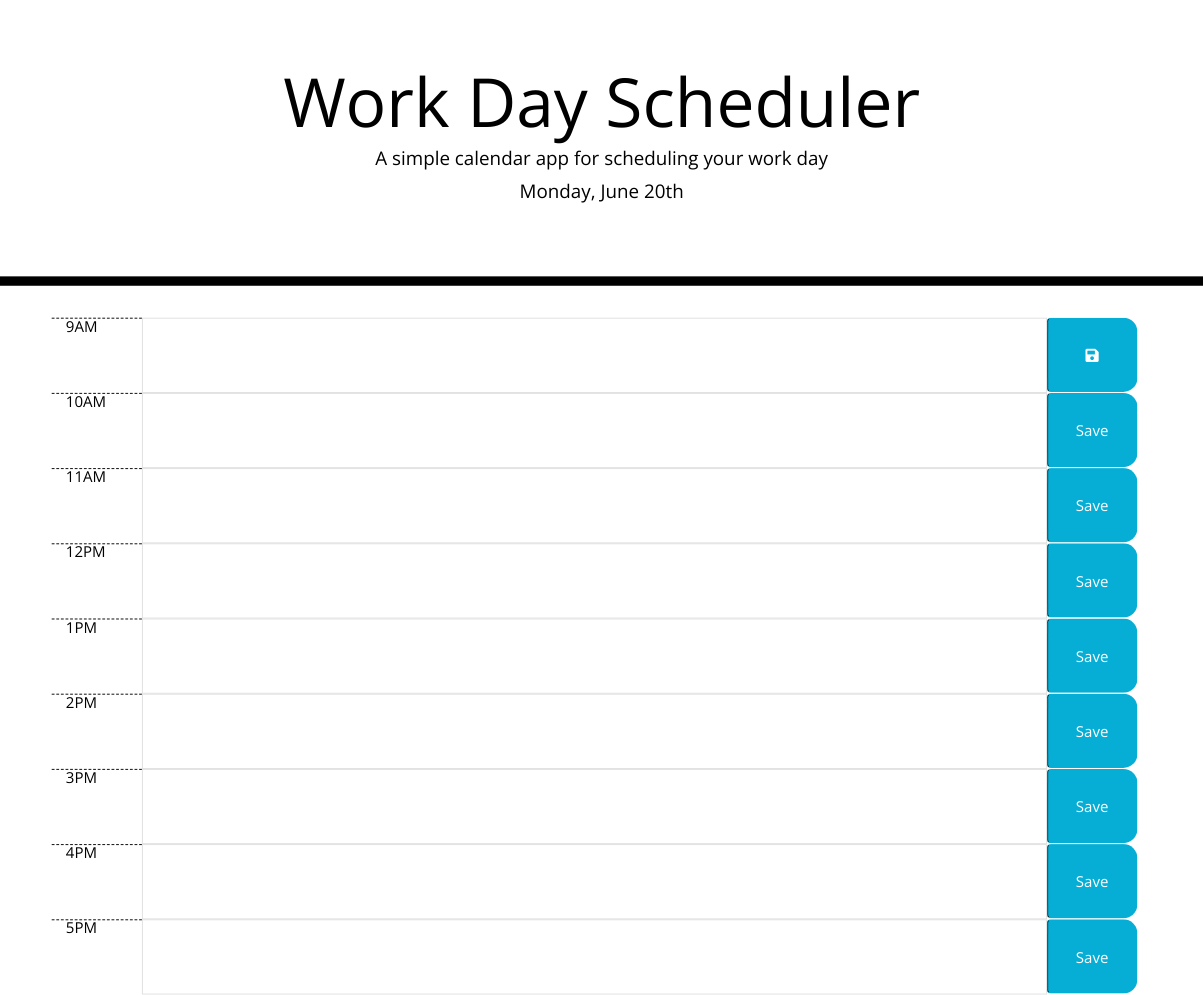
Repository: dtierney21/work-day-scheduler
Page: index.html
An editor plug-in stored every save of this project. The page is shown before and after the next save, followed by the edit.
The browser window is 1280 px wide. The pictures show the whole page, at 94% of full size.
Some web libraries are served in a nearby version.

Above is the page before, as saved 2022-06-28 14:50:14.

After the next save:
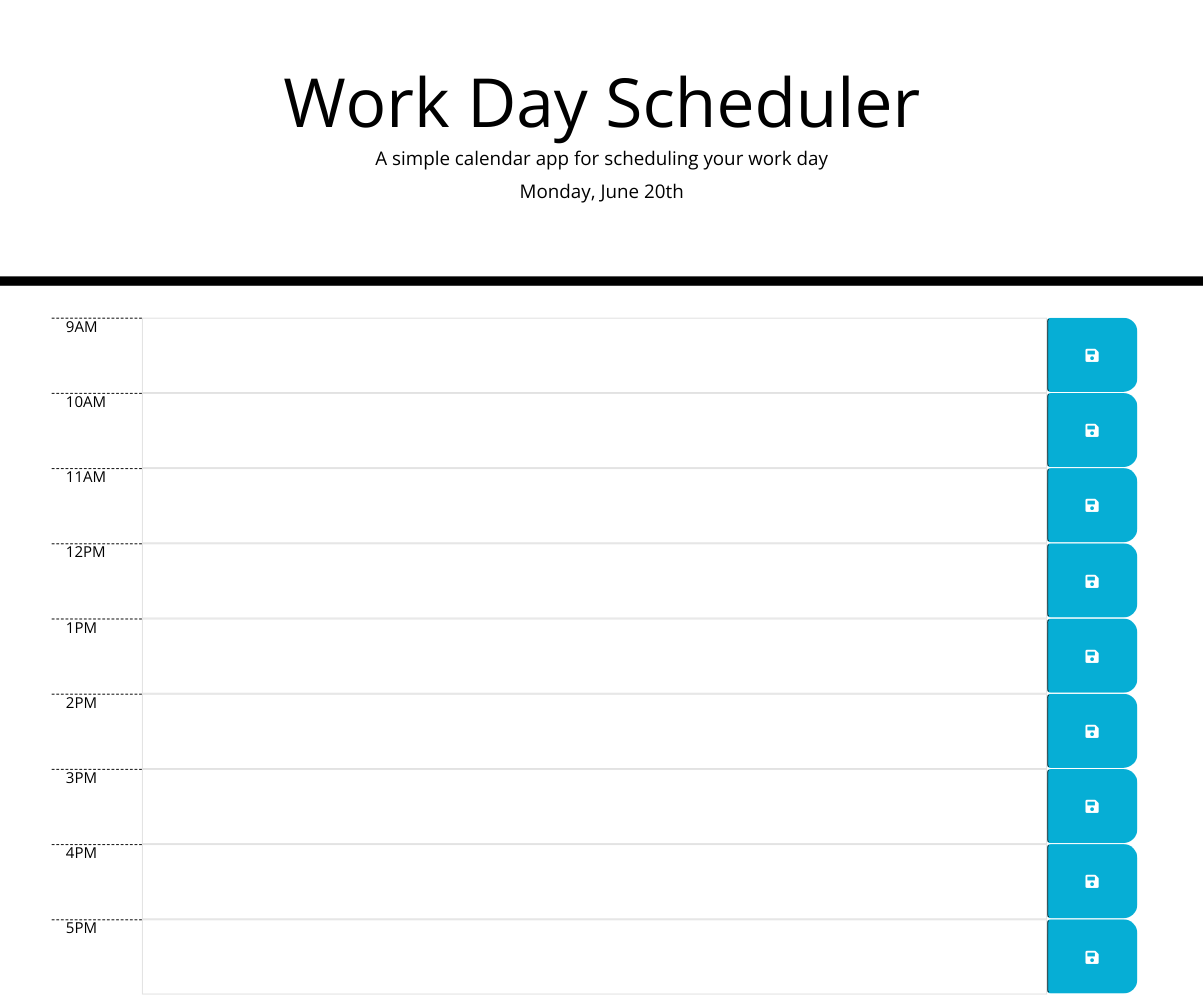
Saved 44 s later.
--- a/index.html
+++ b/index.html
@@ -40,42 +40,42 @@
                 <div class="row" id="10">
                     <li class="hour col-1">10AM</li>
                     <li class="list-group-item col-10" id="10"></li>
-                    <button class="btn saveBtn col-1" type="submit">Save</button>
+                    <button class="btn saveBtn col-1" type="submit"><i class="fa fa-save"></i></button>
                 </div>
                 <div class="row" id="11">
                     <li class="hour col-1">11AM</li>
                     <li class="list-group-item col-10" id="11"></li>
-                    <button class="btn saveBtn col-1" type="submit">Save</button>
+                    <button class="btn saveBtn col-1" type="submit"><i class="fa fa-save"></i></button>
                 </div>
                 <div class="row" id="12">
                     <li class="hour col-1">12PM</li>
                     <li class="list-group-item col-10" id="12"></li>
-                    <button class="btn saveBtn col-1" type="submit">Save</button>
+                    <button class="btn saveBtn col-1" type="submit"><i class="fa fa-save"></i></button>
                 </div>
                 <div class="row" id="13">
                     <li class="hour col-1">1PM</li>
                     <li class="list-group-item col-10" id="13"></li>
-                    <button class="btn saveBtn col-1" type="submit">Save</button>
+                    <button class="btn saveBtn col-1" type="submit"><i class="fa fa-save"></i></button>
                 </div>
                 <div class="row" id="14">
                     <li class="hour col-1">2PM</li>
                     <li class="list-group-item col-10" id="14"></li>
-                    <button class="btn saveBtn col-1" type="submit">Save</button>
+                    <button class="btn saveBtn col-1" type="submit"><i class="fa fa-save"></i></button>
                 </div>
                 <div class="row" id="15">
                     <li class="hour col-1">3PM</li>
                     <li class="list-group-item col-10" id="15"></li>
-                    <button class="btn saveBtn col-1" type="submit">Save</button>
+                    <button class="btn saveBtn col-1" type="submit"><i class="fa fa-save"></i></button>
                 </div>
                 <div class="row" id="16">
                     <li class="hour col-1">4PM</li>
                     <li class="list-group-item col-10" id="16"></li>
-                    <button class="btn saveBtn col-1" type="submit">Save</button>
+                    <button class="btn saveBtn col-1" type="submit"><i class="fa fa-save"></i></button>
                 </div>
                 <div class="row" id="17">
                     <li class="hour col-1">5PM</li>
                     <li class="list-group-item col-10" id="17"></li>
-                    <button class="btn saveBtn col-1" type="submit">Save</button>
+                    <button class="btn saveBtn col-1" type="submit"><i class="fa fa-save"></i></button>
                 </div>
             </ul>
         </div>
